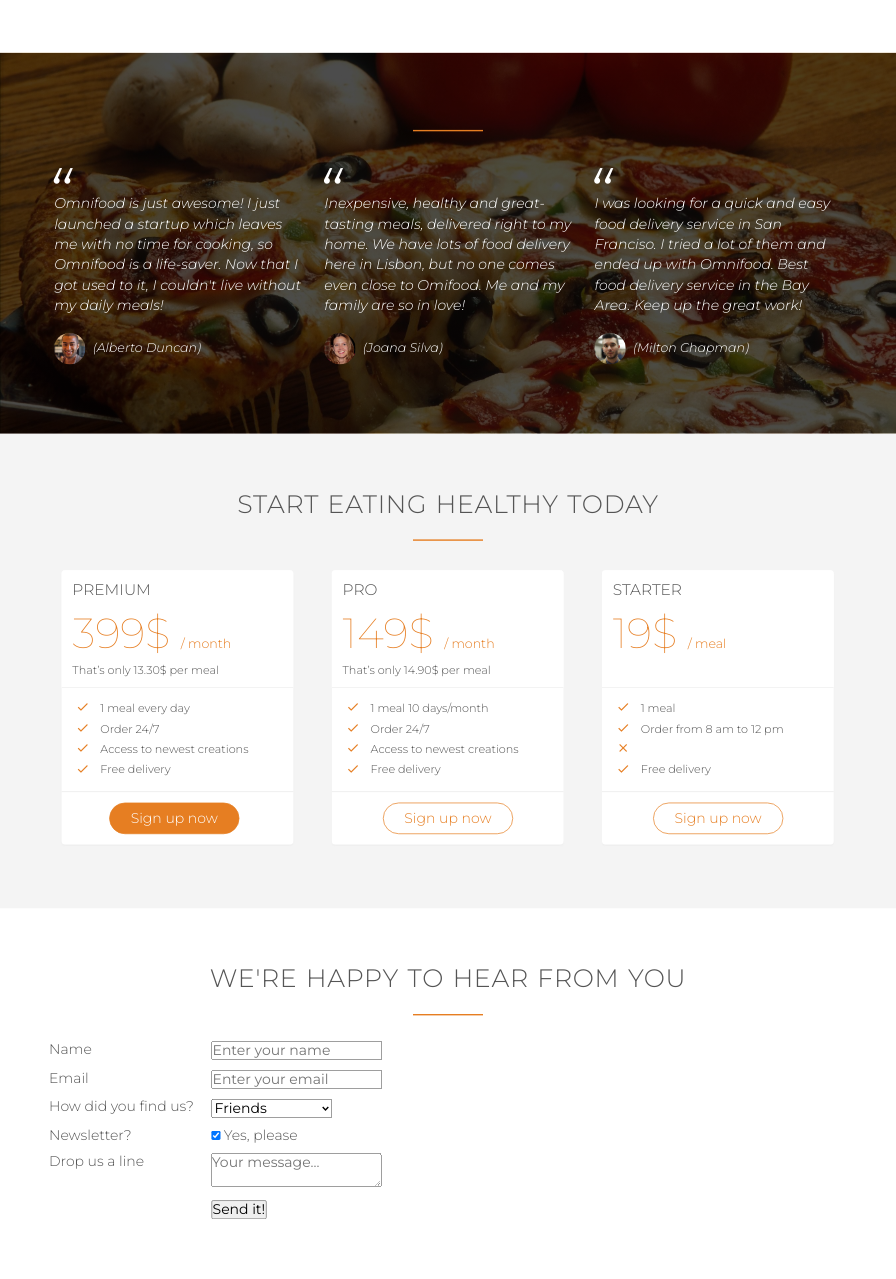
Repository: bbaryn/tasty-food-page
Page: index.html
These files come from the project's save history. The page is drawn as it stood at one moment and after the next save; the edit follows.
The browser window is 1280 px wide. The pictures show the part of the page from y = 3292 to 5212 px (the page is 5119 px tall before and 5212 px after), at 70% of full size.
Backgrounds fixed to the window are drawn as part of the page.

Above is the page before, as saved 2019-03-28 10:51:44.

After the next save:
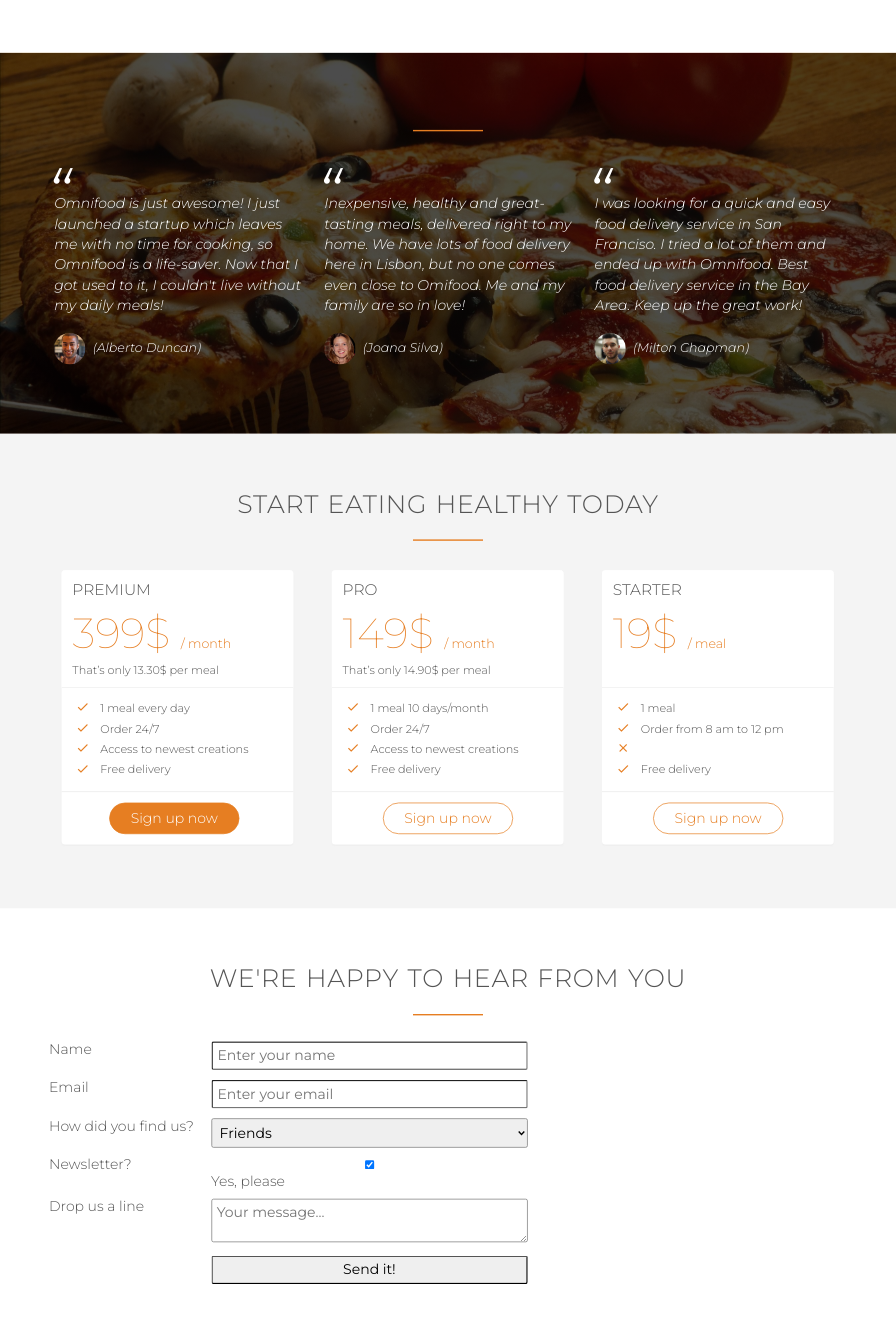
Saved 41 s later.
--- a/resources/css/style.css
+++ b/resources/css/style.css
@@ -458,3 +458,11 @@
     width: 60%;
     margin-top: 0 auto;
 }
+
+input,
+select,
+textarea {
+    width: 100%;
+    padding: 7px;
+    border-radius: 3px;
+}
